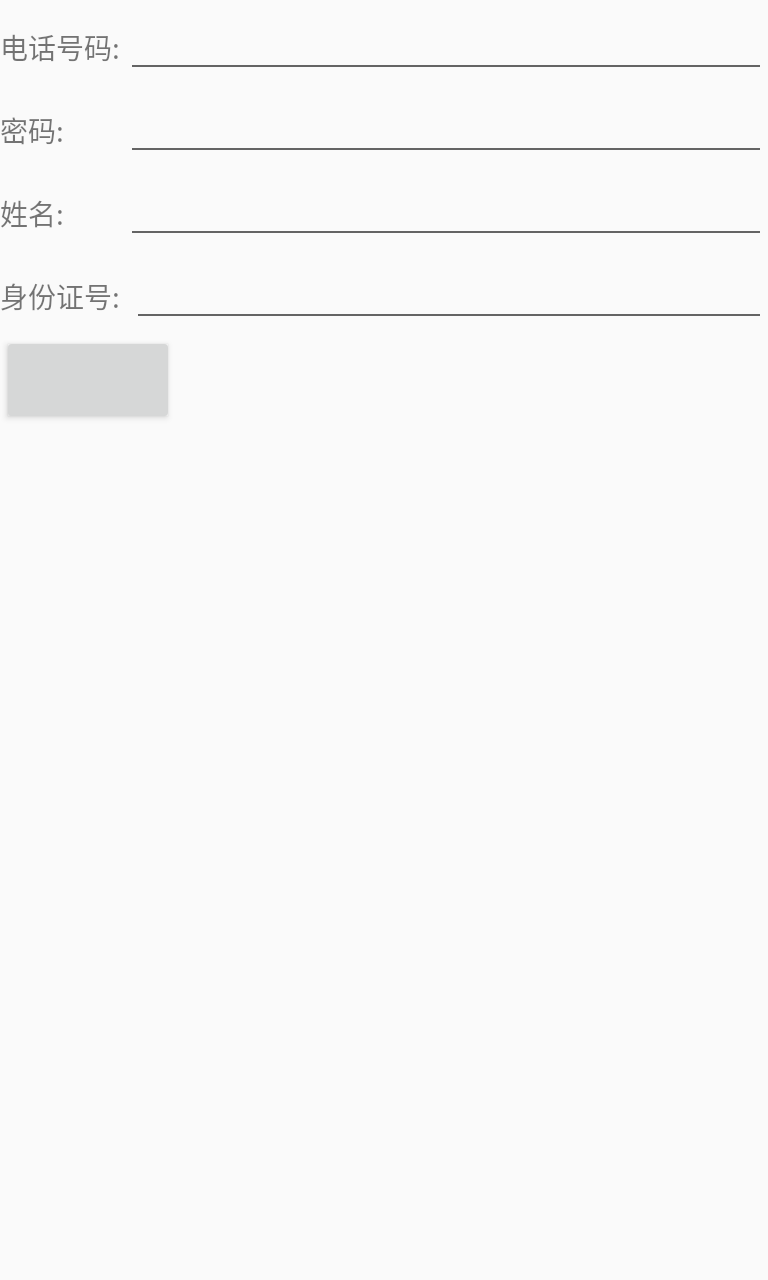
Repository: wzz12/test01
Layout: workspace/androidproject/TestPhoneNum/res/layout/activity_main.xml
An editor plug-in stored every save of this project. The layout is shown before and after the next save, followed by the edit.
It is drawn on a 768 x 1280 px phone screen (xhdpi) without system bars, with theme AppTheme; the app's code is not run.

Above is the layout before, as saved 2016-08-23 05:47:44.

After the next save:
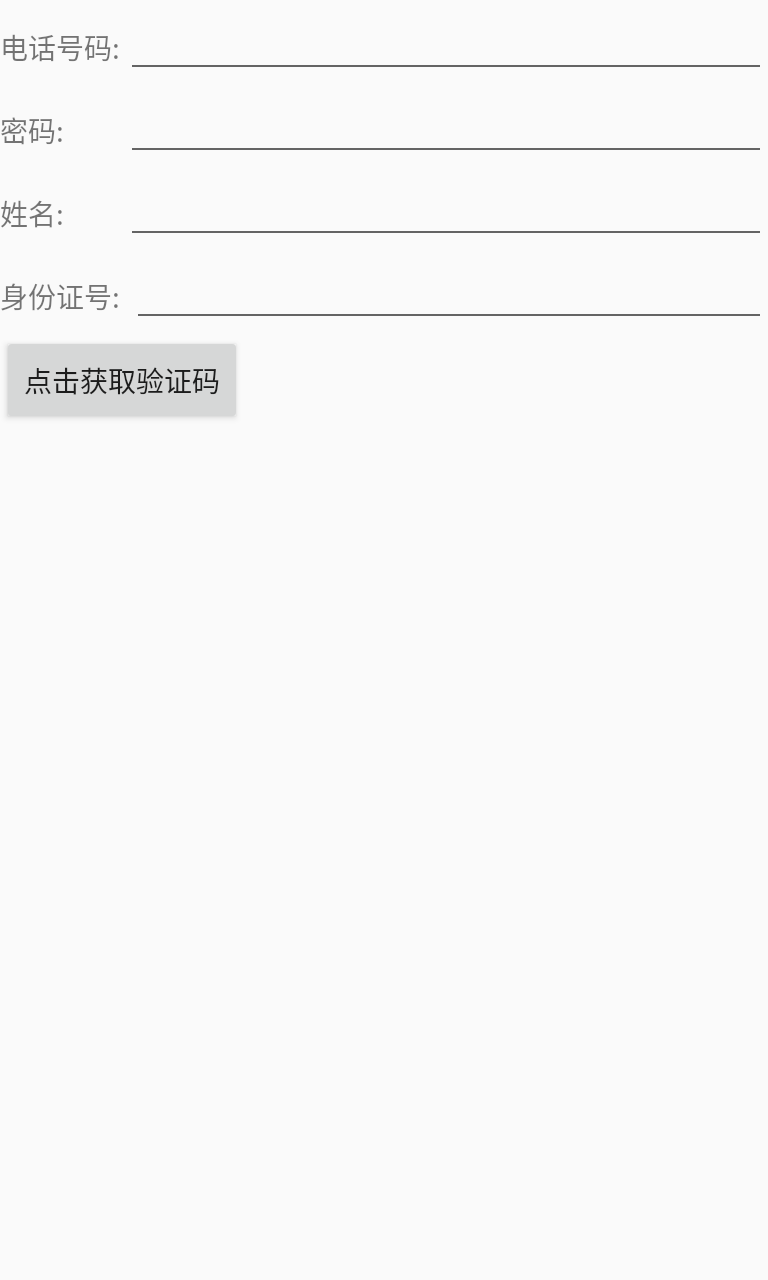
Saved 22 s later.
--- a/workspace/androidproject/TestPhoneNum/res/layout/activity_main.xml
+++ b/workspace/androidproject/TestPhoneNum/res/layout/activity_main.xml
@@ -90,6 +90,7 @@
              android:id="@+id/bt"
              android:layout_width="wrap_content"
              android:layout_height="wrap_content"
+             android:text="点击获取验证码"
              />
 
 
